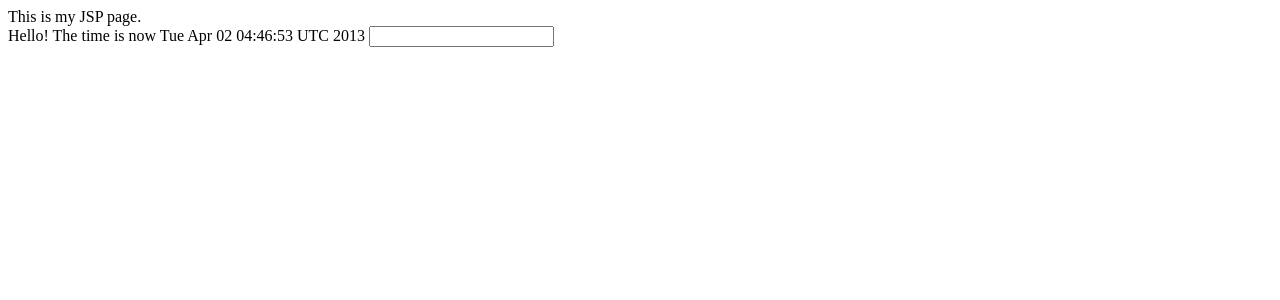
Repository: fighteriris/504_FinalPro_P2P
Page: http://localhost/searchtest/
These files come from the project's save history. The page is drawn as it stood at one moment and after the next save; the edit follows.
The browser window is 1280 px wide. The pictures show the whole page.
The page is served by Tomcat 9.

Above is the page before, as saved 2013-04-02 04:56:55.

### searchtest/WebRoot/index.jsp
<%@ page language="java" import="java.util.*" pageEncoding="ISO-8859-1"%>
<%
String path = request.getContextPath();
String basePath = request.getScheme()+"://"+request.getServerName()+":"+request.getServerPort()+path+"/";
%>

<!DOCTYPE HTML PUBLIC "-//W3C//DTD HTML 4.01 Transitional//EN">
<html>
  <head>
    <base href="<%=basePath%>">

    <title>My JSP 'index.jsp' starting page</title>
	<meta http-equiv="pragma" content="no-cache">
	<meta http-equiv="cache-control" content="no-cache">
	<meta http-equiv="expires" content="0">
	<meta http-equiv="keywords" content="keyword1,keyword2,keyword3">
	<meta http-equiv="description" content="This is my page">
	<!--
	<link rel="stylesheet" type="text/css" href="styles.css">
	-->
  </head>

  <body>
    This is my JSP page. <br>
    Hello!  The time is now <%= new java.util.Date() %>
    <INPUT TYPE="TEXT" NAME="text1">
  </body>
</html>

After the next save:
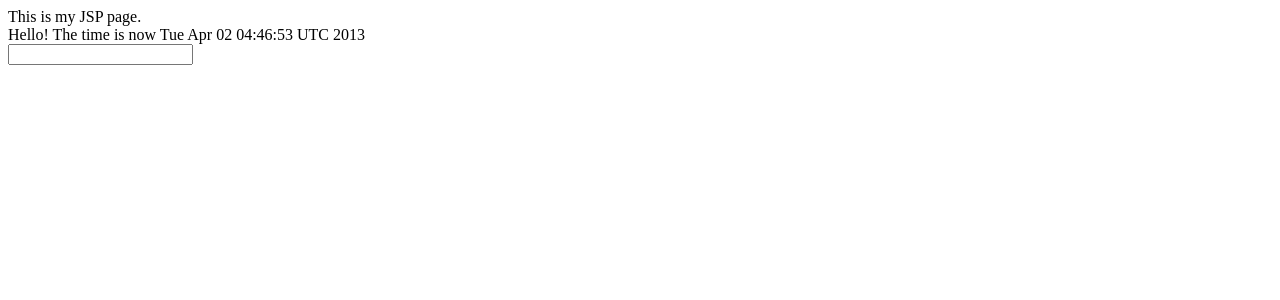
Saved 114 s later.
--- a/searchtest/WebRoot/index.jsp
+++ b/searchtest/WebRoot/index.jsp
@@ -23,6 +23,8 @@ String basePath = request.getScheme()+"://"+request.getServerName()+":"+request.
   <body>
     This is my JSP page. <br>
     Hello!  The time is now <%= new java.util.Date() %>
+    <form >
     <INPUT TYPE="TEXT" NAME="text1">
+    </form>
   </body>
 </html>
